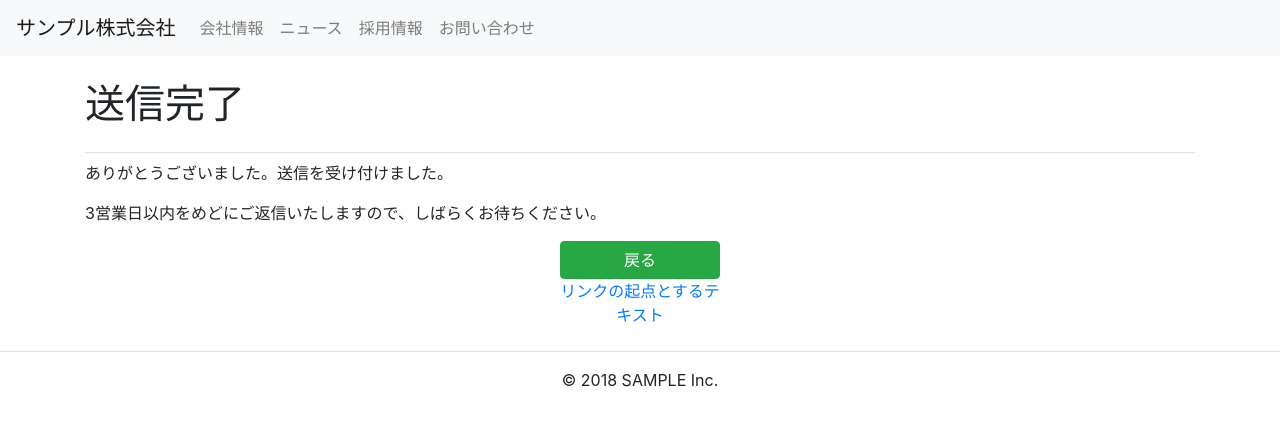
Repository: hiro0529/kadai-tasklist
Page: complete.html
The author's editor kept a record of every edit. The page is drawn from the files as they stood at one moment, then again after the next edit.
The browser window is 1280 px wide. The pictures show the whole page.
Some web libraries are served in a nearby version.

Above is the page before.

After the next edit:
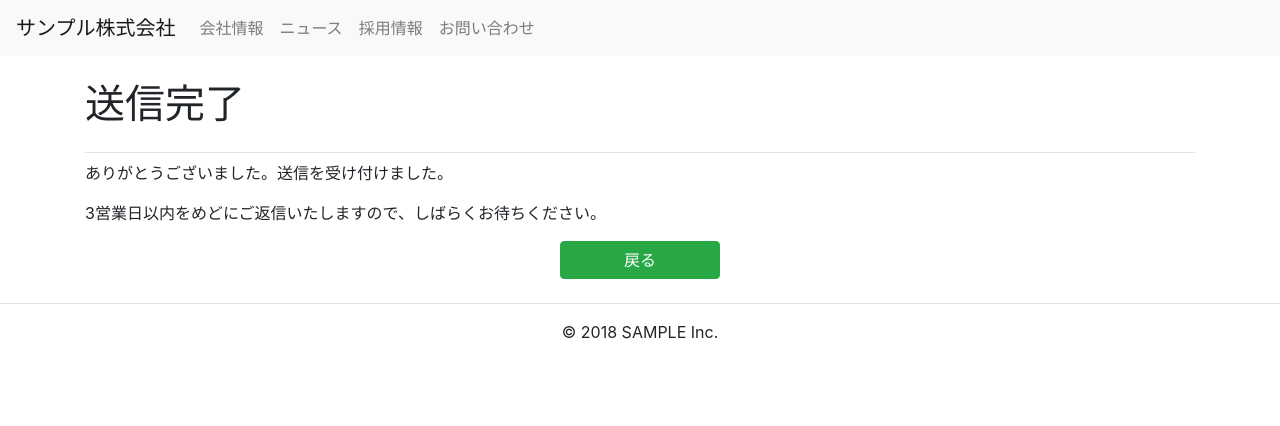
The edit:
--- a/complete.html
+++ b/complete.html
@@ -41,8 +41,7 @@
             <div class="form-group row">
                 <div class="offset-sm-5 col-sm-2 offset-sm-5">
                     <a href="https://6e88d8d52d0c4c04a849661cae0c25da.vfs.cloud9.us-east-1.amazonaws.com/_static/contact.html?_c9_id=livepreview31&_c9_host=https://console.aws.amazon.com">
-                    <button type="submit" class="btn btn-block btn-success">戻る</button>
-                    リンクの起点とするテキスト</a>
+                    <button type="submit" class="btn btn-block btn-success">戻る</button></a>
                 </div>
             </div>
         </div>
